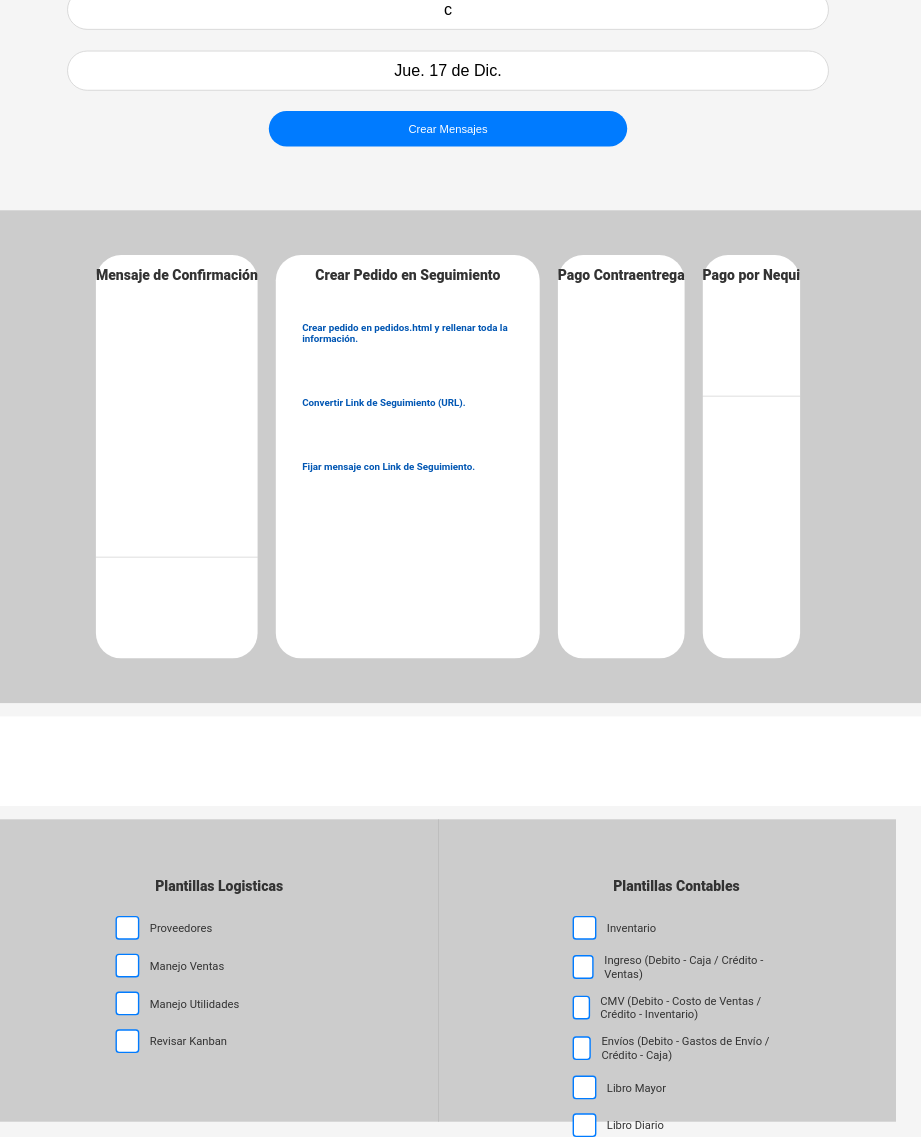
Repository: aCoupon0/intranet
Page: 1/venta-1.html
These files come from the project's save history. The page is drawn as it stood at one moment and after the next save; the edit follows.
The browser window is 1280 px wide. The page is 1316 px wide, so the pictures cover 1316 px, including what lies to the right of the window. The pictures show the part of the page from y = 1019 to 2899 px (the page is 2643 px tall before and 2899 px after), at 70% of full size.

Above is the page before, as saved 2024-12-13 13:20:25.

### 1/venta-1.html
<!DOCTYPE html>
<html lang="es">

<head>
    <meta charset="UTF-8">
    <meta name="viewport" content="width=device-width, initial-scale=1.0">
    <title>Intranet DermaBox</title>
    <link rel="stylesheet" href="../css/venta.css">
</head>

<body>
    <h1>Formulario de Pedido</h1>

    <!-- Inputs para los productos -->
    <input type="text" id="input-limpiador" class="input-texto" placeholder="Limpiador" value="Limpiador Hidratante de CeraVe">
    <input type="text" id="input-hidratante" class="input-texto" placeholder="Hidratante" value="Tónico Centella Asiatica">
    <input type="text" id="input-bloqueador" class="input-texto" placeholder="Bloqueador" value="ISDIN Fusion Water Magic SPF 50">
    <input type="text" id="input-potenciador" class="input-texto" placeholder="Potenciador" value="Sérum Hialurónico 2% + B5 The Ordinary">

    <!-- Inputs para los datos del cliente -->
    <input type="text" id="input-nombre" class="input-texto" placeholder="Nombre" value="Gabriel Paris">
    <input type="text" id="input-celular" class="input-texto" placeholder="Celular" value="3104738570">
    <input type="text" id="input-ciudad" class="input-texto" placeholder="Ciudad" value="Bogota">
    <input type="text" id="input-direccion" class="input-texto" placeholder="Dirección" value="Calle 144 #13-84">

    <!-- Inputs para código, cobro y método -->
    <input type="text" id="input-codigo" class="input-texto" placeholder="Código" value="19045">
    <input type="text" id="input-cobro" class="input-texto" placeholder="Cobro" value="300.000">
    <input type="text" id="input-metodo" class="input-texto" placeholder="Método de Pago" value="c">
    <input type="text" id="input-fecha" class="input-texto" placeholder="Fecha de Llegada" value="Jue. 17 de Dic.">

    <!-- Botón para enviar -->
    <button id="boton-enviar" class="boton-enviar">Crear Mensajes</button>

    <div class="primera-fase">
        <div class="section-dual">
            <div class="section-dual-title">Mensaje de Confirmación</div>
            <div class="section-dual-1"></div>
            <div class="section-dual-2"></div>
        </div>
        <div class="section-dual">
            <div class="section-dual-title">Crear Pedido en Seguimiento</div>
            <div class="section-dual-instruction">Crear pedido en pedidos.html y rellenar toda la información.</div>
            <div class="section-dual-instruction">Convertir Link de Seguimiento (URL).</div>
            <div class="section-dual-instruction">Fijar mensaje con Link de Seguimiento.</div>
        </div>
        <div class="section-dual">
            <div class="section-dual-title">Pago Contraentrega</div>
            <div class="section-dual-3"></div>
        </div>
        <div class="section-dual">
            <div class="section-dual-title">Pago por Nequi</div>
            <div class="section-dual-4"></div>
            <div class="section-dual-5"></div>
        </div>

    </div>

    <div class="segunda-fase">

    </div>

    <div class="tercera-fase">
        <div class="tercera-fase-1">
            <p class="tercera-title">Plantillas Logisticas</p>
            <div class="instruccion-logistica">
                <div class="checkbox" onclick="toggleCheckbox(this)"></div>
                <div class="instruccion">Proveedores</div>
            </div>
            <div class="instruccion-logistica">
                <div class="checkbox" onclick="toggleCheckbox(this)"></div>
                <div class="instruccion">Manejo Ventas</div>
            </div>
            <div class="instruccion-logistica">
                <div class="checkbox" onclick="toggleCheckbox(this)"></div>
                <div class="instruccion">Manejo Utilidades</div>
            </div>
            <div class="instruccion-logistica">
                <div class="checkbox" onclick="toggleCheckbox(this)"></div>
                <div class="instruccion">Revisar Kanban</div>
            </div>
        </div>
        <div class="tercera-fase-2">
            <p class="tercera-title">Plantillas Contables</p>
            <div class="instruccion-logistica">
                <div class="checkbox" onclick="toggleCheckbox(this)"></div>
                <div class="instruccion">Inventario</div>
            </div>
            <div class="instruccion-logistica">
                <div class="checkbox" onclick="toggleCheckbox(this)"></div>
                <div class="instruccion">Ingreso (Debito - Caja  /  Crédito - Ventas)</div>
            </div>
            <div class="instruccion-logistica">
                <div class="checkbox" onclick="toggleCheckbox(this)"></div>
                <div class="instruccion">CMV (Debito - Costo de Ventas  /  Crédito - Inventario)</div>
            </div>
            <div class="instruccion-logistica">
                <div class="checkbox" onclick="toggleCheckbox(this)"></div>
                <div class="instruccion">Envíos (Debito - Gastos de Envío  /  Crédito - Caja)</div>
            </div>
            <div class="instruccion-logistica">
                <div class="checkbox" onclick="toggleCheckbox(this)"></div>
                <div class="instruccion">Libro Mayor</div>
            </div>
            <div class="instruccion-logistica">
                <div class="checkbox" onclick="toggleCheckbox(this)"></div>
                <div class="instruccion">Libro Diario</div>
            </div>
        </div>
    </div>

    <script src="../js/ventas-shared.js"></script>
</body>

</html>

### css/venta.css
body {
    font-family: 'Roboto', system-ui, -apple-system, BlinkMacSystemFont, 'Segoe UI', sans-serif;
    margin: 0;
    padding: 0;
    display: flex;
    justify-content: center;
    align-items: center;
    height: auto;
    flex-direction: column;
    background-color: #f5f5f5;
    color: #333;
    gap: 1.5vw;
    padding-top: 5vh;
    overflow-x: hidden;   /* Permitir scroll horizontal */
    overflow-y: auto;
}

input {
    width: 85vw; /* Ocupa el 80% del ancho del contenedor */
    height: 8vh; /* Altura dinámica según el viewport */
    padding: 5px;
    font-size: 23px;
    border: 1px solid #ccc;
    border-radius: 5vw;
    margin-bottom: 10px; /* Separación del botón */
    box-sizing: border-box;
    text-align: center;
}

.boton-enviar {
    width: 40%; /* Mismo ancho que el input */
    padding: 10px;
    height: 7vh; /* Misma altura que el input */
    font-size: 1rem;
    background-color: #007BFF;
    color: white;
    border: none;
    border-radius: 5vw;
    cursor: pointer;
    transition: background-color 0.3s;
    text-align: center;
}

.boton-enviar:hover {
    background-color: #0056b3;
}


.primera-fase {
    width: 100%;
    height: auto;
    padding: 5% 5vh 5% 5vh;
    display: flex;
    justify-content: center;
    align-content: center;
    background-color: #ccc;
    flex-direction: row;
    gap: 2%;
    margin-top: 10vh;
    overflow-x: auto;   /* Permitir scroll horizontal */
    overflow-y: hidden;
}

.section-dual {
    width: auto;
    height: 80vh;
    border-radius: 5vh;
    display: flex;
    flex-direction: column;
    background-color: #ffffff;
    justify-content: flex-start;
    align-items: center;
}

.section-dual-title {
    width: 100%;
    height: 10%;
    display: flex;
    justify-content: center;
    align-items: center;
    font-size: 20px;
    font-weight: 800;
}

.section-dual-instruction {
    width: 100%;
    height: auto;
    display: flex;
    justify-content: flex-start;
    align-items: center;
    font-size: 14px;
    font-weight: 600;
    padding: 10%;
    box-sizing: border-box;
    color: #0056b3;
}

.section-dual-1 {
    width: 100%;
    height: 65%;
    border-bottom: 1px solid rgba(128, 128, 128, 0.339);
    display: flex;
    justify-content: flex-start;
    align-items: center;
    text-align: left;
    box-sizing: border-box;
    font-size: 13px;
    font-weight: 400;
    padding: 5%;
}


.section-dual-2 {
    width: 100%;
    height: 25%;
    display: flex;
    justify-content: flex-start;
    align-items: center;
    text-align: left;
    box-sizing: border-box;
    font-size: 13px;
    font-weight: 400;
    padding: 5%;
}

.section-dual-3 {
    width: 100%;
    height: 75%;
    display: flex;
    justify-content: flex-start;
    align-items: center;
    text-align: left;
    flex-direction: column;
    box-sizing: border-box;
    font-size: 13px;
    font-weight: 400;
    padding: 5%;
}

.section-dual-4 {
    width: 100%;
    height: 25%;
    border-bottom: 1px solid rgba(128, 128, 128, 0.339);
    display: flex;
    justify-content: flex-start;
    align-items: center;
    text-align: left;
    box-sizing: border-box;
    font-size: 13px;
    font-weight: 400;
    padding: 5%;
}


.section-dual-5 {
    width: 100%;
    height: 65%;
    display: flex;
    justify-content: flex-start;
    align-items: center;
    text-align: left;
    box-sizing: border-box;
    font-size: 13px;
    font-weight: 400;
    padding: 5%;
    flex-direction: column;
}


.segunda-fase {
    width: 100%;
    height: auto;
    padding: 5% 5vh 5% 5vh;
    display: flex;
    justify-content: center;
    align-content: center;
    background-color: #ffffff;
    flex-direction: column;
}

.producto-item {
    display: flex;
    align-items: center;
    justify-content: center;
    width: 100%;
    height: auto;
    padding: 3% 10% 3% 10%;
    box-sizing: border-box;
}

.producto-checkbox {
    width: 50px; /* Tamaño de la checkbox */
    height: 50px; /* Tamaño de la checkbox */
    cursor: pointer; /* Cambia el cursor para indicar interactividad */
    display: flex;
    justify-content: center;
    align-items: center;
}

.producto-checkbox input[type="checkbox"] {
    width: 25px; /* Ancho del área del checkbox */
    height: 25px; /* Alto del área del checkbox */
    cursor: pointer; /* Cambia el cursor para indicar interactividad */
    accent-color: #007BFF; /* Cambia el color del checkbox (en navegadores compatibles) */
    margin-right: 10px; /* Espacio entre el checkbox y el texto */
}

.producto-item span {
    font-size: 18px; /* Tamaño del texto */
    line-height: 1.5; /* Espaciado para mejor lectura */
    font-weight: 800; /* Peso de la fuente para hacerla más visible */
    color: #333; /* Color del texto */
    font-size: 30px;
}




.tercera-fase {
    width: 100%;
    height: auto;
    display: flex;
    justify-content: center;
    align-content: center;
    flex-direction: row;
    background-color: #ccc;
    flex-direction: row;
    gap: 2%;
}


.tercera-fase-1 {
    width: 50%;
    height: 60vh;
    border-right: 1px solid rgb(184, 184, 184);
    display: flex;
    justify-content: flex-start;
    align-items: center;
    flex-direction: column;
    padding: 5% 10% 5% 10%;
    box-sizing: border-box;
    text-align: left;
}

.tercera-fase-2 {
    width: 50%;
    height: 60vh;
    display: flex;
    justify-content: flex-start;
    align-items: center;
    flex-direction: column;
    padding: 5% 10% 5% 10%;
    box-sizing: border-box;
    text-align: left;
}

.tercera-title {
    font-size: 20px;
    font-weight: 800;
}


.instruccion-logistica {
    display: flex; /* Alinea los elementos horizontalmente */
    align-items: center; /* Centra los elementos verticalmente */
    width: 80%; /* Ancho del contenedor */
    height: auto; /* Altura automática */
    margin: 10px 0; /* Espaciado vertical */
}

/* Checkbox personalizado */
.checkbox {
    width: 30px; /* Tamaño del checkbox */
    height: 30px;
    background-color: white; /* Color inicial (blanco) */
    border: 2px solid #007BFF; /* Borde azul */
    border-radius: 5px; /* Bordes redondeados */
    cursor: pointer; /* Cambia el cursor al pasar por encima */
    margin-right: 15px; /* Espaciado respecto al texto */
    transition: background-color 0.3s ease; /* Animación al cambiar el color */
}

/* Instrucción a la derecha */
.instruccion {
    font-size: 16px; /* Tamaño de fuente */
    color: #333; /* Color del texto */
}

### js/ventas-shared.js
document.getElementById("boton-enviar").addEventListener("click", () => {
    const nombre = document.getElementById("input-nombre").value.trim();
    const codigo = document.getElementById("input-codigo").value.trim();
    const limpiador = document.getElementById("input-limpiador").value.trim();
    const hidratante = document.getElementById("input-hidratante").value.trim();
    const bloqueador = document.getElementById("input-bloqueador").value.trim();
    const potenciador = document.getElementById("input-potenciador").value.trim();
    const ciudad = document.getElementById("input-ciudad").value.trim();
    const direccion = document.getElementById("input-direccion").value.trim();
    const cobro = document.getElementById("input-cobro").value.trim();

    // Construir el mensaje con saltos de línea en HTML
    let mensaje = `Hola *${nombre}*.<br><br>Gracias por tu compra en DermaBox. Tu pedido *#${codigo}* ha sido confirmado y está en preparación.<br><br>Por favor confirma los siguientes datos:<br><br>*Pedido*<br>`;

    if (limpiador) mensaje += ` - *${limpiador}*<br>`;
    if (hidratante) mensaje += ` - *${hidratante}*<br>`;
    if (bloqueador) mensaje += ` - *${bloqueador}*<br>`;
    if (potenciador) mensaje += ` - *${potenciador}*<br>`;
    if (cobro) mensaje += ` - *${cobro}*<br>`;

    mensaje += `<br>*Información del Cliente*<br>`;
    if (nombre) mensaje += ` - *${nombre}*<br>`;
    if (ciudad) mensaje += ` - *${ciudad}*<br>`;
    if (direccion) mensaje += ` - *${direccion}*<br>`;


    // Mostrar el mensaje en el div correspondiente
    const sectionDual1 = document.querySelector(".section-dual-1");
    sectionDual1.innerHTML = mensaje; // Asignar el HTML con saltos de línea


    // Construir el mensaje para section-dual-2
    const mensaje2 = `Para hacer el envío necesitamos los siguientes datos:<br><br> - Número de cédula<br> - Detalles de dirección (Casa, Conjunto, Edificio...)<br>`;

    // Mostrar el mensaje en section-dual-2
    const sectionDual2 = document.querySelector(".section-dual-2");
    sectionDual2.innerHTML = mensaje2;



    const metodoPago = document.querySelector("#input-metodo").value;
    const fechaLlegada = document.querySelector("#input-fecha").value; // Asegúrate de que esta variable obtenga el input correcto para la fecha.
    const linkSeguimiento = "https://tu-link-de-seguimiento.com"; // Proporciona aquí el link de seguimiento.

    if (metodoPago === "n") {
        // Rellenar section-dual-4
        const sectionDual4 = document.querySelector(".section-dual-4");
        sectionDual4.innerHTML = `
            Perfecto!<br>
            Indicaste que preferías el pago por Nequi, aquí tienes los datos para realizar el envío:
        `;

        // Rellenar section-dual-5
        const sectionDual5 = document.querySelector(".section-dual-5");
        sectionDual5.innerHTML = `
            Super!<br>
            Tu DermaBox está en camino y llegará aproximadamente el *${fechaLlegada}*. <br>
            Este es el link de tu cuenta en DermaBox <br>
            Aquí puedes revisar el estado de tu pedido, ver nuevamente cómo aplicar tu rutina, acceder al *Qué Hacer Hoy*, pedir productos que omitiste, ordenar una nueva DermaBox cuando se te acabe la actual y muchas más cosas.<br>
            Dicho esto, muchas gracias por confiar en nosotros. Estaremos atentos a cualquier pregunta que puedas tener.<br>
            Y no te olvides de seguir las precauciones recomendadas.<br>
            ¡Hasta Pronto!
        `;
    } else if (metodoPago === "c") {
        // Rellenar section-dual-5
        const sectionDual3 = document.querySelector(".section-dual-3");
        sectionDual3.innerHTML = `
            Super!<br>
            Tu DermaBox está en camino y llegará aproximadamente el *${fechaLlegada}*.<br>
            Recuerda tener el dinero preparado o dejarlo en casa si no estarás presente al momento de la entrega.<br>
            Este es el link de tu cuenta en DermaBox <br>
            Aquí puedes revisar nuevamente cómo aplicar tu rutina, acceder al *Qué Hacer Hoy*, pedir productos que omitiste, ordenar una nueva DermaBox cuando se te acabe la actual y muchas más cosas.<br>
            Dicho esto, muchas gracias por confiar en nosotros. Estaremos atentos a cualquier pregunta que puedas tener.<br>
            ¡Hasta Pronto!
        `;
    }





    const segundaFase = document.querySelector(".segunda-fase");
    segundaFase.innerHTML = ""; // Limpia el contenido existente antes de agregar la lista.

    // Inputs de los productos
    const productos = [
        { id: "input-limpiador", nombre: "Limpiador" },
        { id: "input-hidratante", nombre: "Hidratante" },
        { id: "input-bloqueador", nombre: "Bloqueador" },
        { id: "input-potenciador", nombre: "Potenciador" },
    ];

    // Crear una lista dinámica
    productos.forEach(producto => {
        const valor = document.querySelector(`#${producto.id}`).value.trim();

        if (valor) {
            // Crear un contenedor para cada item
            const itemContainer = document.createElement("div");
            itemContainer.className = "producto-item";
            itemContainer.style.display = "flex";
            itemContainer.style.alignItems = "center";
            itemContainer.style.marginBottom = "8px";

            // Crear la checkbox
            const checkbox = document.createElement("input");
            checkbox.type = "checkbox";
            checkbox.className = "producto-checkbox";
            checkbox.style.marginRight = "10px";

            // Crear el texto del producto
            const texto = document.createElement("span");
            texto.textContent = valor;

            // Agregar checkbox y texto al contenedor
            itemContainer.appendChild(checkbox);
            itemContainer.appendChild(texto);

            // Agregar el contenedor a la segunda-fase
            segundaFase.appendChild(itemContainer);
        }
    });
});



// Función para alternar el color del checkbox
function toggleCheckbox(element) {
    // Cambia el color del fondo según el estado actual
    if (element.style.backgroundColor === "rgb(0, 123, 255)") {
        element.style.backgroundColor = "white"; // Vuelve al color blanco
    } else {
        element.style.backgroundColor = "#007BFF"; // Cambia al azul
    }
}

After the next save:
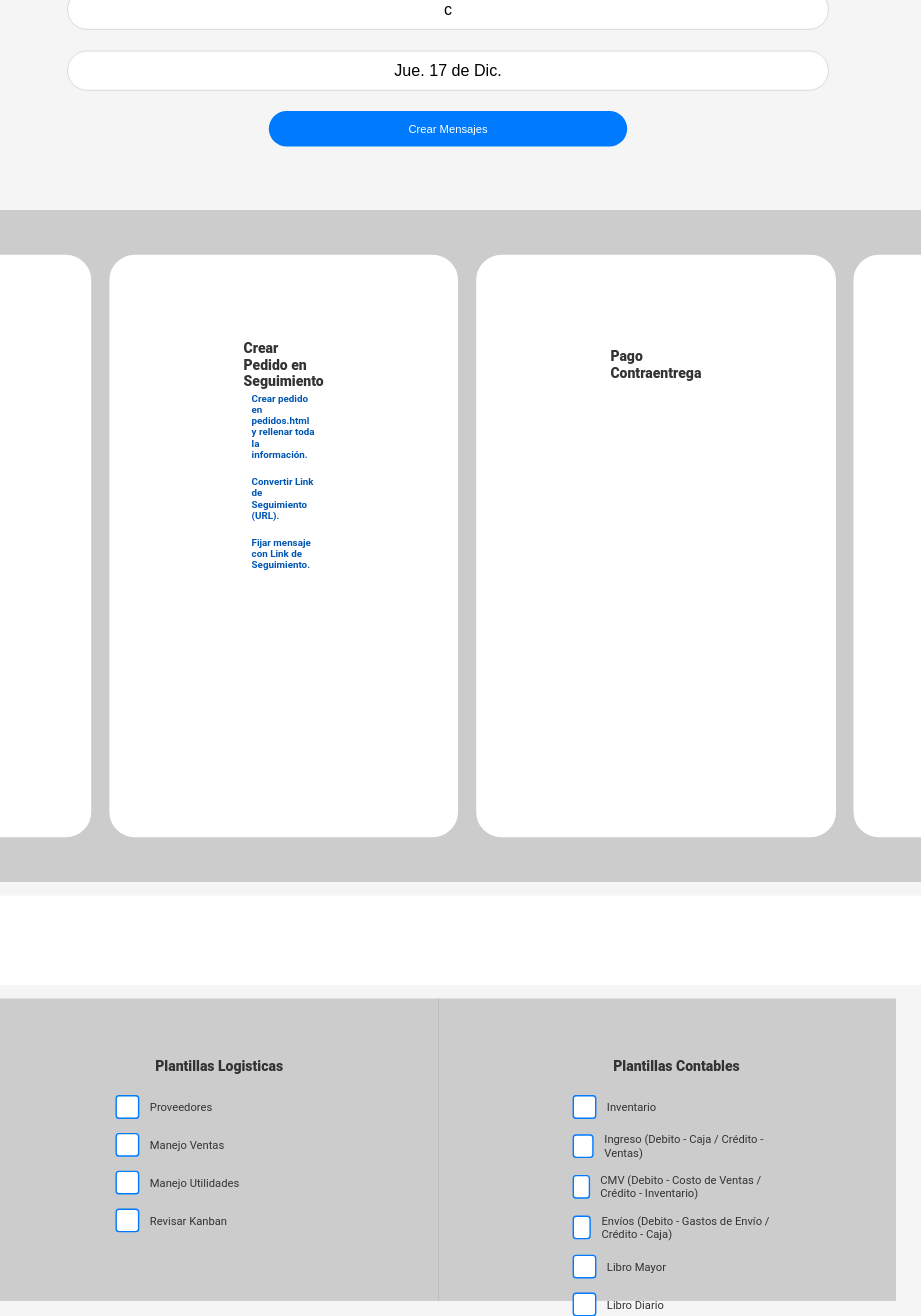
Saved 10 s later.
--- a/css/venta.css
+++ b/css/venta.css
@@ -64,6 +64,7 @@ input {
 .section-dual {
     width: auto;
     height: 80vh;
+    padding: 10% 15% 10% 15%;
     border-radius: 5vh;
     display: flex;
     flex-direction: column;
